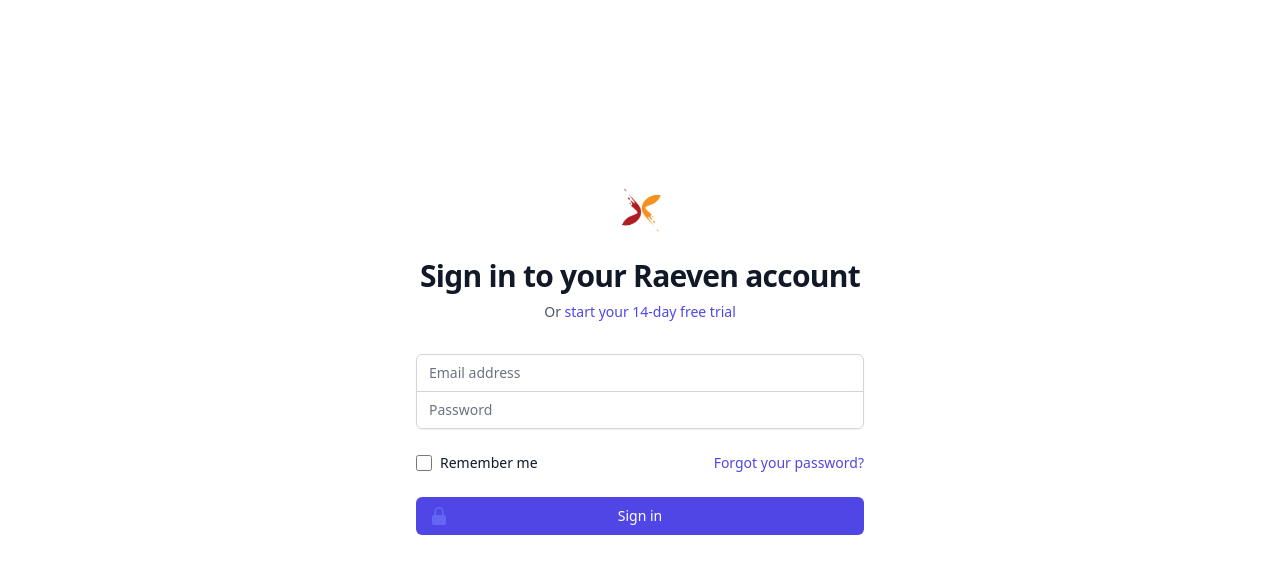
Repository: Curiosityxploring/raeven-site
Page: /login
These files come from the project's save history. The page is drawn as it stood at one moment and after the next save; the edit follows.
The browser window is 1280 px wide. The pictures show the whole page.
The project was rebuilt for these pictures with package versions that can differ from the ones it lists, and the page was loaded fresh each time. The framework's server and built-in components were replaced by stand-ins that run in the browser. Also part of the build but not shown: next.config.js.

Above is the page before, as saved 2023-01-12 15:20:24.

After the next save:
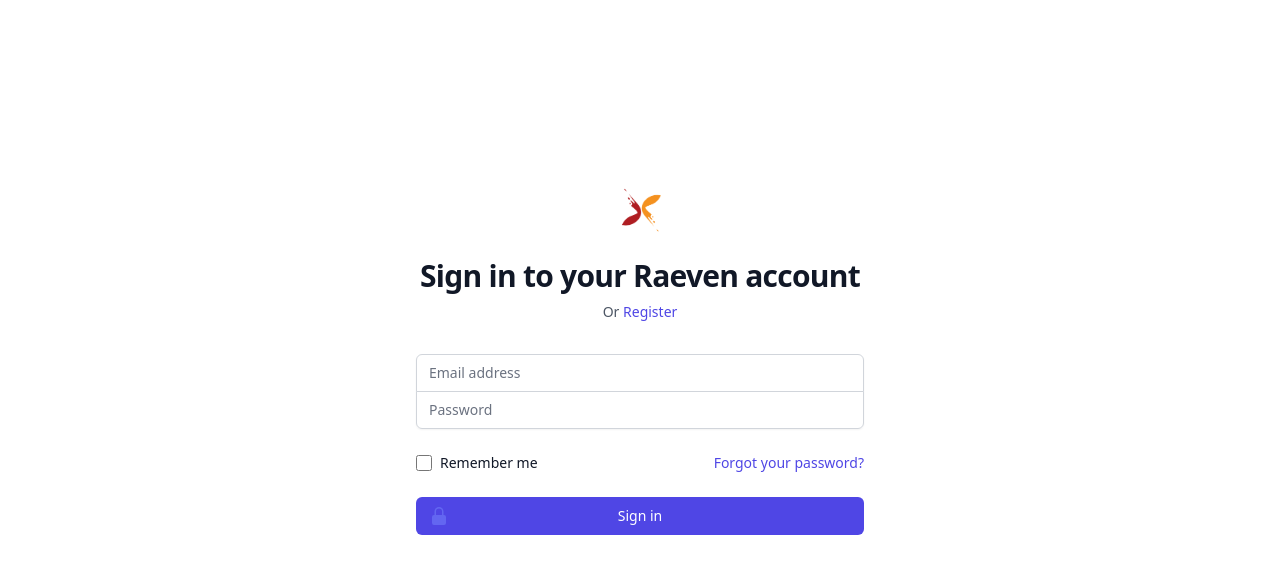
Saved 14 s later.
--- a/pages/login.jsx
+++ b/pages/login.jsx
@@ -26,7 +26,7 @@
             <p className="mt-2 text-center text-sm text-gray-600">
               Or{' '}
               <a href="#" className="font-medium text-indigo-600 hover:text-indigo-500">
-                start your 14-day free trial
+                Register
               </a>
             </p>
           </div>
